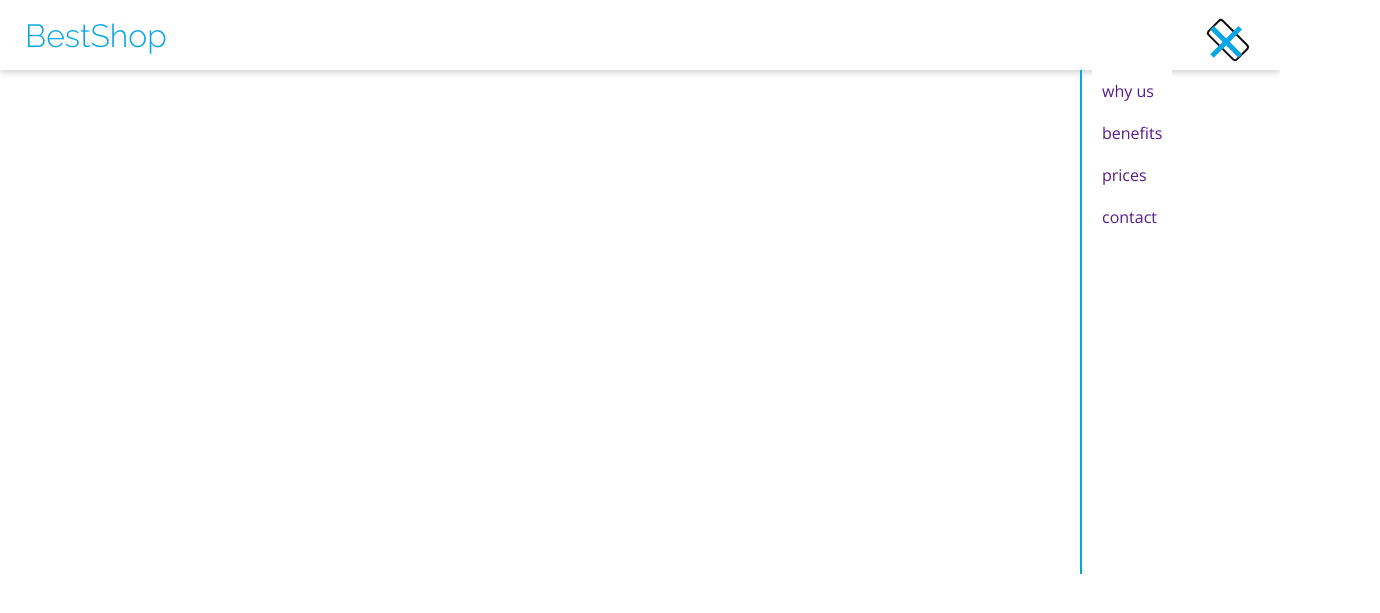
Repository: artwol993/BestShop
Page: index.html
The author's editor kept a copy of each file at every save. The page is drawn from the files as they stood at one save, then again after the next save.
The browser window is 1280 px wide. The page is 1280 px wide, then 1380 px, so the pictures cover 1380 px, including what lies to the right of the window. The pictures show the whole page.
The first visible `.hamburger` has the focus.
The style sheet was rebuilt from its Sass, Less or Tailwind sources for each picture, by a compiler version that may differ from the author's.

Above is the page before, as saved 2020-05-26 23:14:00.

### index.html
<!DOCTYPE html>
<html lang="en">
<head>
    <meta charset="UTF-8">
    <meta name="viewport" content="width=device-width, initial-scale=1.0">
    <title>BestShop[artwol993]</title>
    <link rel="stylesheet" href="css/main.css">
    <style>
        @import url('https://fonts.googleapis.com/css2?family=Open+Sans:wght@400;700&display=swap');
    </style>
    <style>
        @import url('https://fonts.googleapis.com/css2?family=Raleway:wght@300;400;700;800&display=swap');
    </style>
</head>
<body>
    <div class="main--container">
        <header>
            <div class="logo">BestShop</div>
            <nav class="nav">
                <button class="hamburger"></button>
                <div class="side__menu">
                    <ul class="nav__list">
                        <li class="nav__list-item"><a href="" class="nav__link">why us</a></li>
                        <li class="nav__list-item"><a href="" class="nav__link">benefits</a></li>
                        <li class="nav__list-item"><a href="" class="nav__link">prices</a></li>
                        <li class="nav__list-item"><a href="" class="nav__link">contact</a></li>
                    </ul>
                </div>
            </nav>
        </header>

        <!-- <main>
            <div class="welcome">
                <h1>Sell More!</h1>
                <p>Open shop on our platform and incrase your sales</p>
                <button>Open your shop</button>
            </div>
            <div class="stats">
                <h2>The most popular sales platform in country</h2>
                <div class="stats__container">
                    <stats__bin>
                        <div class="stats-circle"></div>
                        <img src="./assets/Person.svg" alt="person-contour">
                        <span>100000+</span>
                        <p></p>
                    </stats__bin>
                    <stats__bin>
                        <div class="stats-circle"></div>
                        <img src="./assets/Eye.svg" alt="person-contour">
                        <span>200000+</span>
                        <p></p>
                    </stats__bin>
                    <stats__bin>
                        <div class="stats-circle"></div>
                        <img src="./assets/Catalog.svg" alt="person-contour">
                        <span>10000+</span>
                        <p></p>
                    </stats__bin>
                </div>
            </div>
            <div class="profits"></div>
            <div class="pricing"></div>
            <div class="formulage"></div>
        </main>


        <footer>
            <div class="logo">BestShop</div>
            <div class="footer-icon"></div>
            <div class="footer-icon"></div>
        </footer>
    </div>
</body>
</html> -->

### scss/main.scss
    $c-primary-first: #08a6e4;
    $c-primary-second: #fb3b64;
    $c-primary-third: #55dfb4;
    $c-black: #000000;
    $c-white: #ffffff;
    $c-background: #f7f7f7;
    $c-details: #a5a5a5;
    $c-shadow: #00000029;
    $f-h: 'Raleway', sans-serif;
    $f-p: 'Open Sans', sans-serif;
    $fw-light: 300;
    $fw-normal: 400;
    $fw-bold: 700;
    $fw-black: 800;

/*reset*/

  * {
      margin: 0;
      padding: 0;
      box-sizing: border-box;
  }

  /* fonts */

  a, p, ul, span {
    font-family: $f-p;
  }

  h1 {
    font-size: 3.063rem;
    font-weight: $fw-normal;
    font-family: $f-h;
    color: $c-black;
  }

  h2 {
    font-size: 2.25rem;
    font-weight: $fw-light;
    margin: 5px 45px;
    font-family: $f-h;
    color: $c-black;
  }

  h3 {
    font-size: 1.25rem;
    font-weight: $fw-bold;
    margin: 5px;
    font-family: $f-h;
    color: $c-black;
  }

  .logo {
    font-size: 2rem;
    font-weight: $fw-light;
    font-family: $f-h;
    color: $c-primary-first;
    text-decoration: none;
    cursor: pointer;
  }

  /*header*/
  header {
      height: 70px;
      display: flex;
      align-items: center;
      justify-content: space-between;
      padding: 0 25px;
      box-shadow: 0px 3px 6px $c-shadow;
  }

  .hamburger {
    width: 40px;
    height: 20px;
    border: 0;
    border-top: 5px solid $c-primary-first;
    background: transparent;
    position: relative;
    transition: 0.3s transform linear;
  }
  .hamburger::before, .hamburger::after {
      content: "";
      position: absolute;
      top: 0;
      left: 0;
      width: 100%;
      border-top: 5px solid $c-primary-first;
      transform: translateY(10px);
  }

  .hamburger::after {
      transform: translateY(25px);
      transition: 0.3s transform linear;
  }

  .hamburger:focus {
      transform: rotate(45deg) translateY(10px);
      border: none;
  }
  .hamburger:focus::after {
      transform: rotate(-90deg) translateX(-10px);
  }

  .side__menu {
    display: flex;
    box-sizing: border-box;
    position: absolute;
    height: 70%;
    width: 200px;
    top: 70px;
    right: -300px;
    padding: 0;
    border-left: 2px solid $c-primary-first;
    transition: 0.3s transform ease-in-out;
  }

  .side__menu ul {
    position: absolute;
    display: flex;
    flex-direction: column;
    height: calc(100% - 70px);
    flex-wrap: wrap;
    margin: 0 10px;
    padding: 0;
    list-style-type: none;
    align-content: flex-start;
  }

  .side-__menu ul li {
    display: flex;
    height: 30px;
    background: #ffffff;
    flex-basis: 100%;
    margin-top: 70px;
    color: #696e9e;
    border-radius: 5px;
    overflow: hidden;

  }

  .side__menu ul li a {
    display: flex;
    padding: 10px;
    align-items: center;
    width: 100%;
    height: 100%;
    background: #ffffff;
    text-decoration: none;
    box-sizing: border-box;
  }

  .hamburger:focus ~ .side__menu, .side__menu:hover {
    transform: translateX(-300px);
  }

After the next save:
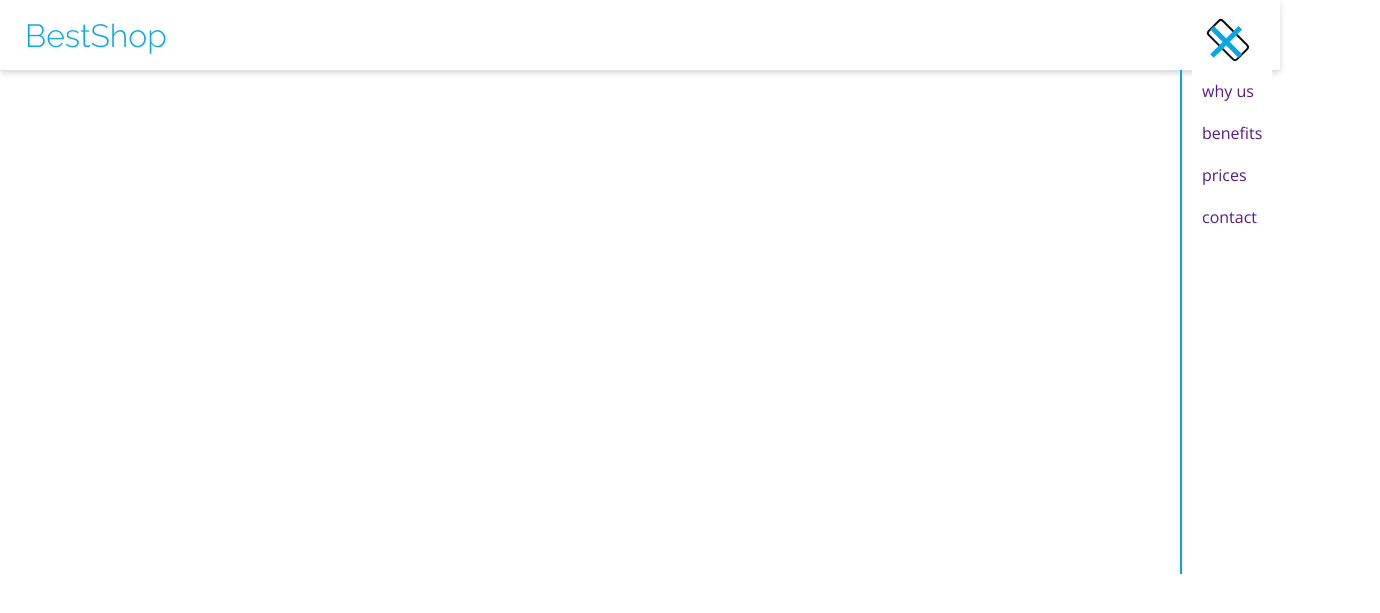
Saved 3 min 13 s later.
--- a/scss/main.scss
+++ b/scss/main.scss
@@ -150,5 +150,5 @@
   }
 
   .hamburger:focus ~ .side__menu, .side__menu:hover {
-    transform: translateX(-300px);
+    transform: translateX(-200px);
   }
